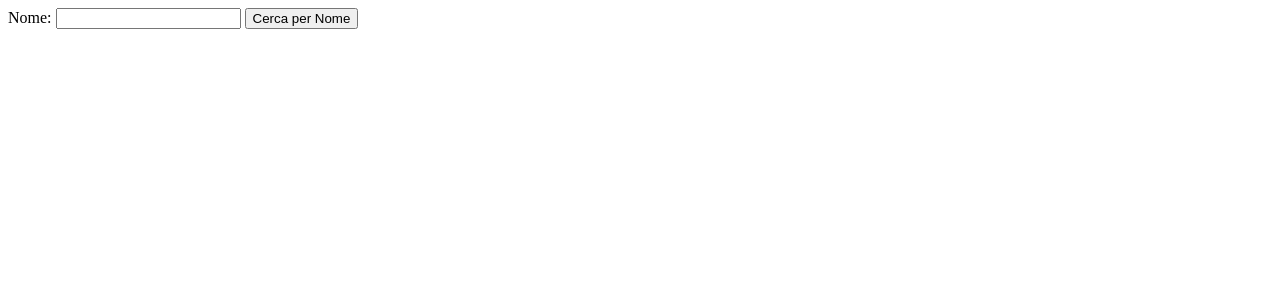
Repository: PcarloP/java_se
Page: http://localhost/anagraficaweb/jsp/findbyname.jsp
These files come from the project's save history. The page is drawn as it stood at one moment and after the next save; the edit follows.
The browser window is 1280 px wide. The pictures show the whole page.
The page is served by Tomcat 10. Other server files are loaded and not shown.

Above is the page before, as saved 2025-06-22 12:24:36.

### anagraficaweb/WebContent/jsp/findbyname.jsp
<!DOCTYPE html>
<html lang="it">
<head>
    <meta charset="UTF-8">
    <title>Titolo della pagina</title>
</head>
<body>




    <!-- Form Ricerca FindByNome con Metodo GET che Chiama la Servlet di Controllo    -->
		<form action="<%=request.getContextPath() + "/findByNome"%>"
			method="get">
			<label>Nome:</label> <input type="text" name="/demodispatcher" required />
			<button type="submit">Cerca per Nome</button>
		</form>







</body>
</html>

### anagraficaweb/WebContent/jsp/footer.jsp
<footer>
	<p>&copy; 2025 My Application. All rights reserved.</p>
</footer>

After the next save:
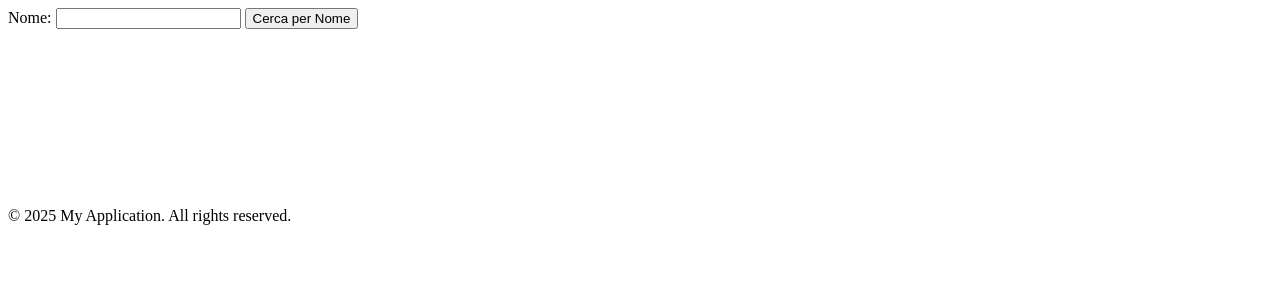
Saved 23 s later.
--- a/anagraficaweb/WebContent/jsp/findbyname.jsp
+++ b/anagraficaweb/WebContent/jsp/findbyname.jsp
@@ -20,7 +20,15 @@
 
 
 
-
-
+    <br>
+    <br>
+    <br>
+    <br>
+    <br>
+    <br>
+    <br>
+    <br>
+    <br>
+<jsp:include page="footer.jsp" />
 </body>
 </html>
